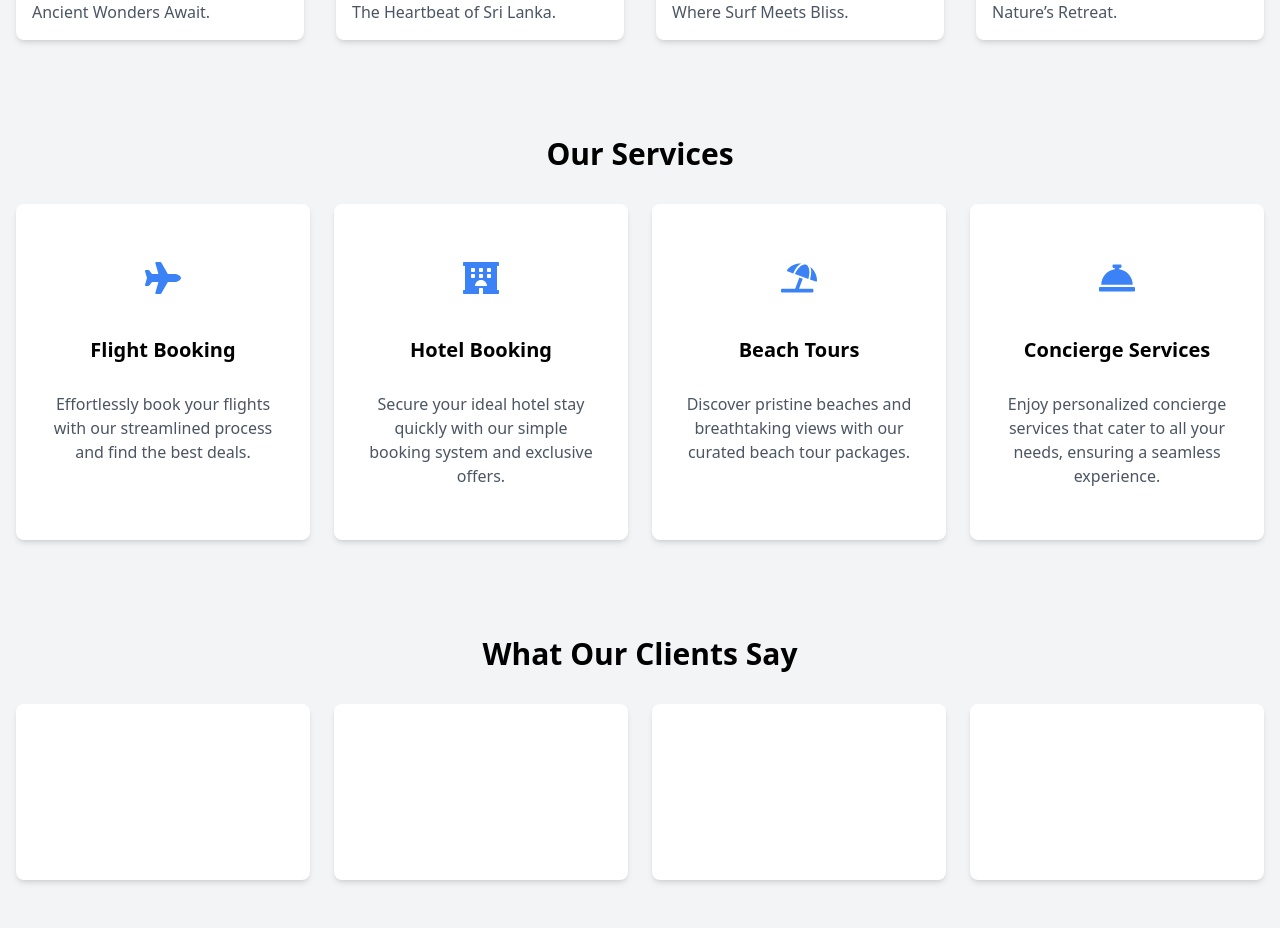
Repository: thisara199/Travel-Agency-Website
Page: /
These files come from the project's save history. The page is drawn as it stood at one moment and after the next save; the edit follows.
The browser window is 1280 px wide. The pictures show the part of the page from y = 1080 to 2032 px (the page is 2008 px tall before and 2032 px after).
The project was rebuilt for these pictures with package versions that can differ from the ones it lists, and the page was loaded fresh each time. Also part of the build but not shown: vite.config.js.

Above is the page before, as saved 2024-09-04 06:05:06.

After the next save:
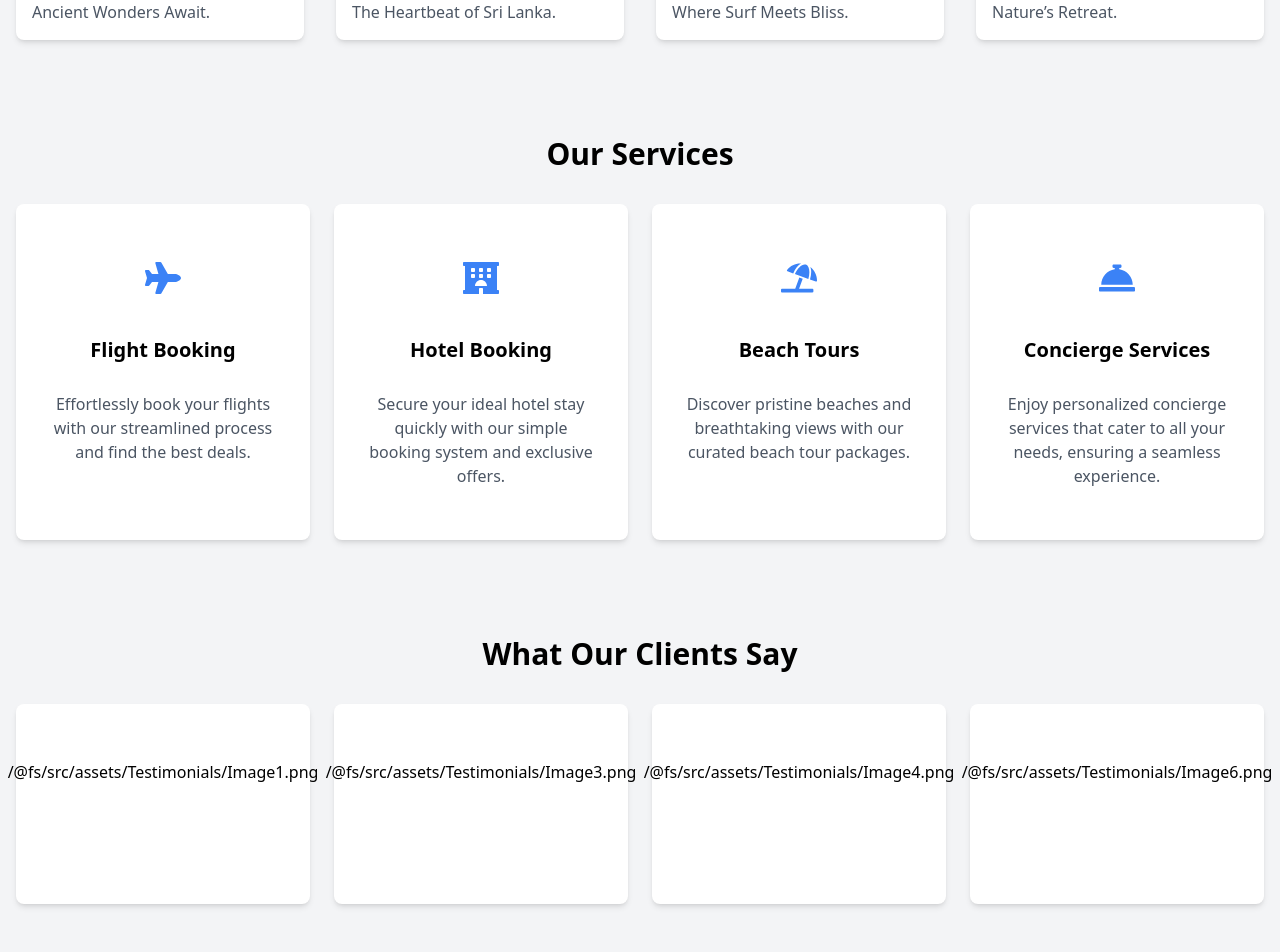
Saved 26 s later.
--- a/src/components/Testimonials/Testimonials.jsx
+++ b/src/components/Testimonials/Testimonials.jsx
@@ -39,7 +39,7 @@ const Testimonials = () => {
           {Clients.map((Clients) => (
             <div key={Clients.title} className='flex flex-col items-center p-8 transition duration-300 transform bg-white rounded-lg shadow-md cursor-pointer hover:scale-110'>
               <div className='flex justify-center py-6 mb-4'>
-                {Clients.icon}
+                {Clients.image}
               </div>
               <h3 className='mb-2 text-xl font-bold text-center'>{Clients.title}</h3>
               <p className='py-5 text-center text-gray-600'>{Clients.description}</p>
